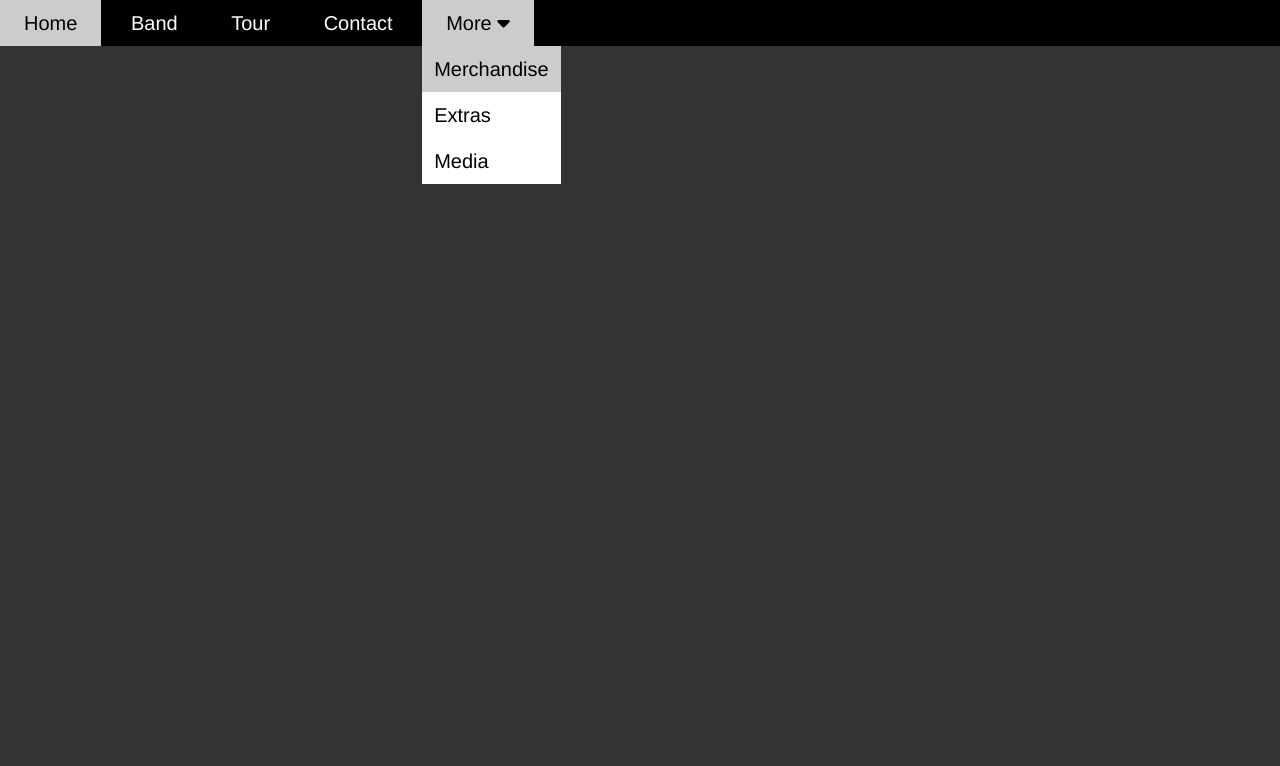
Repository: nugort/nugort.github.io
Page: f8/the-band/index.html
The author's editor kept a copy of each file at every save. The page is drawn from the files as they stood at one save, then again after the next save.
The browser window is 1280 px wide. The pictures show the whole page.
The pointer rests on the first visible `#nav .subnav a`.
Some web libraries are served in a nearby version.

Above is the page before, as saved 2022-02-07 04:45:04.

### f8/the-band/index.html
<!DOCTYPE html>
<html lang="en">

<head>
    <meta charset="UTF-8">
    <meta http-equiv="X-UA-Compatible" content="IE=edge">
    <meta name="viewport" content="width=device-width, initial-scale=1.0">
    <title>Document</title>
    <script src="https://kit.fontawesome.com/28e152e343.js" crossorigin="anonymous"></script>
    <link rel="stylesheet" href="./assets/css/styles.css">
</head>

<body>
    <div id="main">
        <div id="header">
            <ul id="nav">
                <li>
                    <a href="#">Home</a>
                </li>

                <li>
                    <a href="#">Band</a>
                </li>

                <li>
                    <a href="#">Tour</a>
                </li>

                <li>
                    <a href="#">Contact</a>
                </li>

                <li>
                    <a href="#">More <i class="fas fa-caret-down"></i></a>
                    <ul class="subnav">
                        <li>
                            <a href="#">Merchandise</a>
                        </li>

                        <li>
                            <a href="#">Extras</a>
                        </li>

                        <li>
                            <a href="#">Media</a>
                        </li>
                    </ul>
                </li>
            </ul>
        </div>

        <div id="slider">

        </div>

        <div id="content">

        </div>

        <div id="footer">

        </div>
    </div>
</body>

</html>

### f8/the-band/assets/css/styles.css
/* 3 kiểu dùng css
- inline (phèn)
- internal (cũng phèn)
-external (đúng đúng đúng) */

/* Các đơn vị hay dùng
* Absolute units
- px
- pt
- cm
- mm
- inch
- picture

* Relative units
- %
- rem (bằng kích cỡ chữ của thẻ html - mặc định là 16px)
- em  (bằng kích cỡ chữ của thẻ cha chứa nó gần nhất có set font-size)
- vw (chiều rộng bằng chiều ngang của màn hình hiển thị)
- vh (chiều cao bằng chiều dọc của màn hình hiển thị) */

/* Hàm trong css
- var(): gọi biến vào
- linearGradient()
- rgba()
- rgb
- calc(): tính toán
- attr() */

/* Pseudo-classes (lớp giả) */

:root {
    --text-color: #FFFFFF;
    --background-color: #00171F;
    --button-color: #003459;
    --other-color: #007EA7;
    --button-2nd-color: #00A8E8;
}  /* Đặt biến giống trong ngôn ngữ lập trình khác thôi =))) */

* {
    box-sizing: border-box;
    margin: 0;
    padding: 0;
} /* reset css */

html {
    font-family: Helvetica, sans-serif;
    font-size: 20px;
}
/*
Chọn cùng lúc nhiều Class, ID đưa qua css
Bôi đen điểm chung -> CTRL +  SHIFT + L -> Mũi tên qua phải ( > ) -> CTRL + SHIFT + ( > ) -> CTRL + C
-> Qua file css paste -> ALT + CLICK  -> # -> CTRL + ( > ) -> {}
 */

/*
1. Làm từ ngoài vào trong
2. Làm từ trên xuống dưới
3. Từ tổng quan đến chi tiết
*/

/*
1. Vị trí (Vị trí các phần; Header, Content, ...)
2. Kích thước
3. Màu sắc
4. Styles (Fonts chữ, tròn, vuông, ...)
*/

#main{

}

#header{
    background-color: black;
    height: 46px;
}

#nav li {
    display: inline-block;
    position: relative;
}

#nav> li > a {
    color: #FFFFFF;
}

#nav li a {
    text-decoration: none;
    line-height: 46px;
    padding: 0px 24px;
    /* padding: 12px 24px; */
}

#nav > li:hover > a {
    display: inline-block;
    color: #000;
    background-color: #CCC;
}

#nav .subnav {
    /* display: none; */
    position: absolute;
    background-color: #FFF;
    color: #000;
}

#nav .subnav a {
    color: #000;
    padding: 0px 12px;
}

#nav .subnav a:hover {
    display: block;
    color: #000;
    background-color: #CCC;
}

#slider {
    height: 100vh;
    background-color: #333;
}

#content {

}

#footer {

}

After the next save:
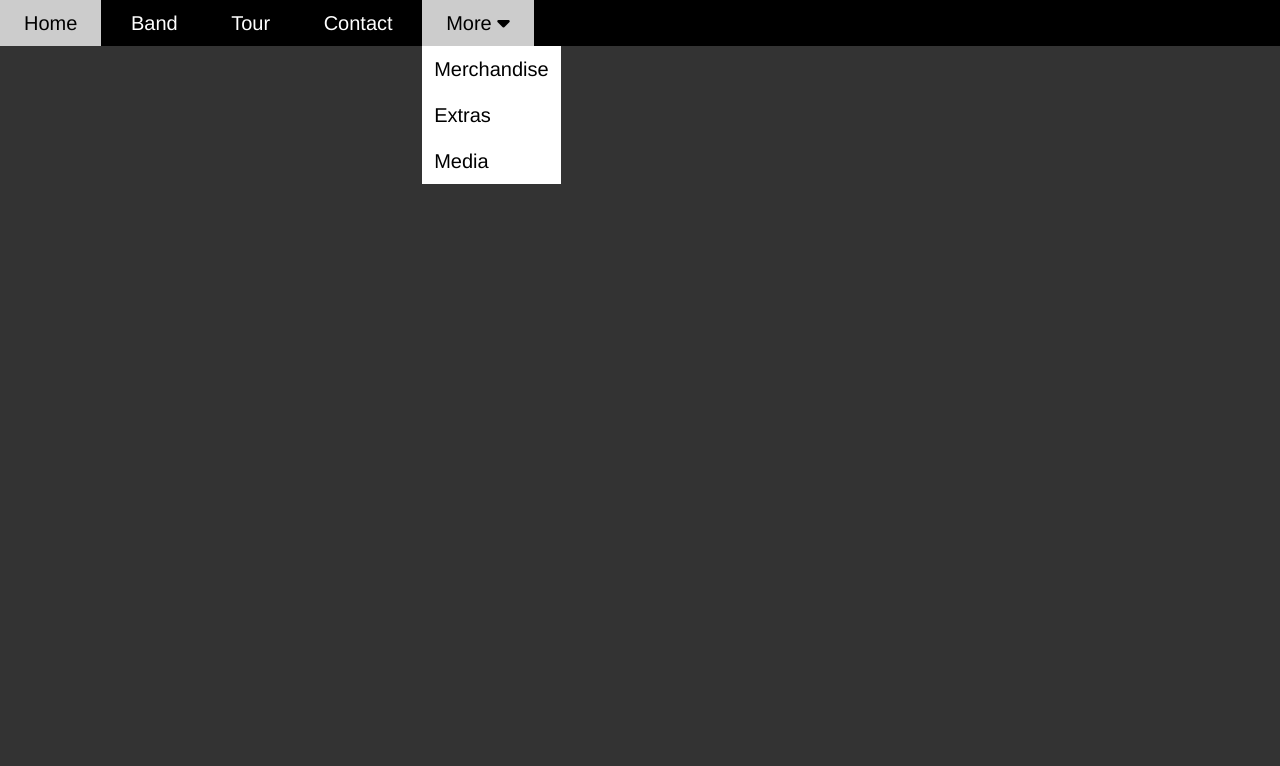
Saved 8 s later.
--- a/f8/the-band/assets/css/styles.css
+++ b/f8/the-band/assets/css/styles.css
@@ -109,7 +109,7 @@ Bôi đen điểm chung -> CTRL +  SHIFT + L -> Mũi tên qua phải ( > ) -> CT
     padding: 0px 12px;
 }
 
-#nav .subnav a:hover {
+#nav .subnav l:hover {
     display: block;
     color: #000;
     background-color: #CCC;
